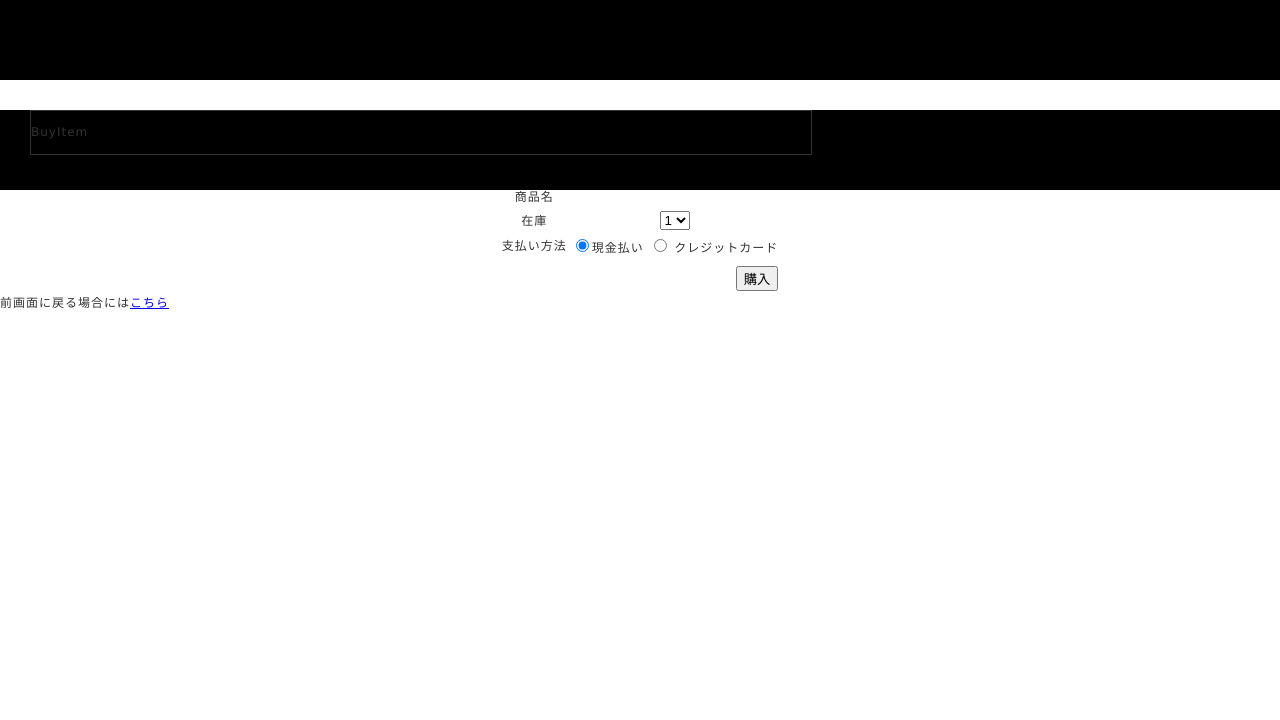
Repository: 3103senoomizho/test
Page: http://localhost/template/buyItem.jsp
An editor plug-in stored every save of this project. The page is shown before and after the next save, followed by the edit.
The browser window is 1280 px wide. The pictures show the whole page.
The page is served by Tomcat 9. Other server files are loaded and not shown.

Above is the page before, as saved 2018-03-19 02:50:29.

### template/WebContent/buyItem.jsp
<%@ page language="java" contentType="text/html; charset=UTF-8"
    pageEncoding="UTF-8"%>
<%@ taglib prefix="s" uri="/struts-tags" %>

<!DOCTYPE html>
<html>
<head>
<meta http-equiv="Content-Type" content="text/html; charset=UTF-8">
<meta http-equiv="Content-Style-Type" content="text/css"/>
<meta http-equiv="imagetoolbar" content="no"/>
<meta name="description" content=""/>
<meta name="keywords" content=""/>
<meta charset="utf-8">

<title>BuyItem画面</title>
<style type="text/css">
/*==============TAG LAYOUT==================*/

  body{
  margin:0;
  padding:0;
  line-height:1.6;
  letter-spacing:1px;
  font-family:Verdana,Helvetica,sans-selif;
  font-size:12px;
  color:#333;
  background:#fff;
  }

  table{
  text-align:center;
  margin:0 auto;
  }
/*==============TAG LAYOUT==================*/
  #top{
  width:780px;
  margin:30px;
  border:1px solid #333;
  }

  #header{
  width:100%;
  height:80px;
  background-color:black;
  }

  #main{
  width:100%;
  height:80px;
  background-color:black;
  clear:both;
  }
</style>

</head>
<body>
    <div id="header">
         <div id="pr">
         </div>
    </div>
    <div id="main">
         <div id="top">
               <p>BuyItem</p>
         </div>
         <div>
         <s:form action="BuyItemAction">
         <table>
             <tr>
                <td>
                    <span>商品名</span>
                </td>
                <td>
                    <s:property value = "session.buyItem_name"/>
                </td>
             </tr>
             <tr>
                <td>
                   <span>在庫</span>
                </td>
                <td>
                   <select name="stock">
                      <option value="1"
                      selected="selected">1</option>
                      <option value="2">2</option>
                      <option value="3">3</option>
                      <option value="4">4</option>
                      <option value="5">5</option>
                   </select>
                </td>
             </tr>
             <tr>
                <td>
                   <span>支払い方法</span>
                </td>
                <td>
                   <input type="radio" name="pay" value="1"
                   checked="checked">現金払い
                   <input type="radio" name="pay" value="2">
                   クレジットカード
                </td>
            </tr>
            <tr>
               <td>
                  <s:submit value="購入"/>
               </td>
            </tr>
          </table>
      </s:form>
         <div>
             <span>前画面に戻る場合には</span><a href='<s:url action="HomeAction"/>'>こちら</a>
         </div>
        </div>
       </div>
      <div id="footer">
           <div id="pr">
           </div>
      </div>

</body>
</html>

After the next save:
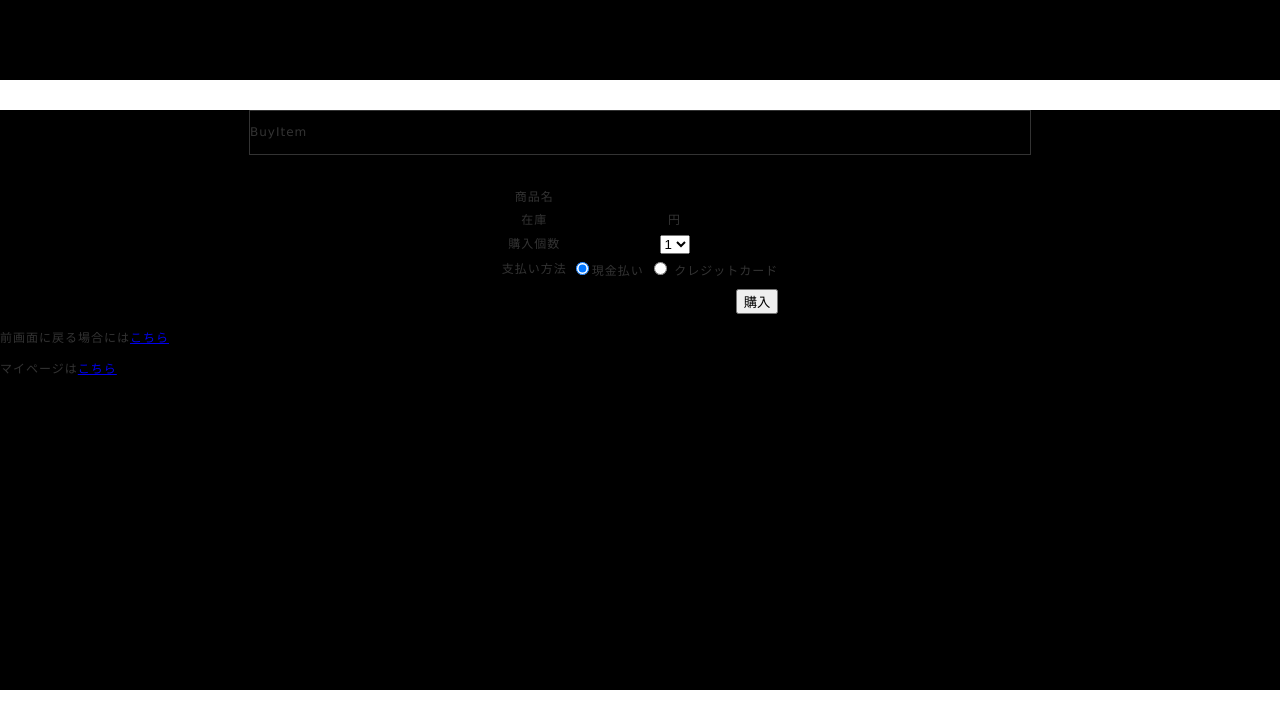
Saved 83 min 39 s later.
--- a/template/WebContent/buyItem.jsp
+++ b/template/WebContent/buyItem.jsp
@@ -5,12 +5,13 @@
 <!DOCTYPE html>
 <html>
 <head>
+<meta charset="utf-8">
 <meta http-equiv="Content-Type" content="text/html; charset=UTF-8">
 <meta http-equiv="Content-Style-Type" content="text/css"/>
 <meta http-equiv="imagetoolbar" content="no"/>
 <meta name="description" content=""/>
 <meta name="keywords" content=""/>
-<meta charset="utf-8">
+
 
 <title>BuyItem画面</title>
 <style type="text/css">
@@ -34,7 +35,7 @@
 /*==============TAG LAYOUT==================*/
   #top{
   width:780px;
-  margin:30px;
+  margin:30px auto;
   border:1px solid #333;
   }
 
@@ -46,10 +47,16 @@
 
   #main{
   width:100%;
-  height:80px;
+  height:500px;
   background-color:black;
   clear:both;
   }
+
+  #footer{
+  width:100%;
+  height:80px;
+  background-color:black;
+  clear:both;}
 </style>
 
 </head>
@@ -78,7 +85,15 @@
                    <span>在庫</span>
                 </td>
                 <td>
-                   <select name="stock">
+                   <s:property value="session.buyItem_price"/><span>円</span>
+                </td>
+            </tr>
+            <tr>
+                <td>
+                    <span>購入個数</span>
+                </td>
+                <td>
+                   <select name="count">
                       <option value="1"
                       selected="selected">1</option>
                       <option value="2">2</option>
@@ -107,7 +122,8 @@
           </table>
       </s:form>
          <div>
-             <span>前画面に戻る場合には</span><a href='<s:url action="HomeAction"/>'>こちら</a>
+             <p>前画面に戻る場合には<a href='<s:url action="GoHomeAction"/>'>こちら</a></p>
+             <p>マイページは<a href='<s:url action="MyPageAction"/>'>こちら</a></p>
          </div>
         </div>
        </div>
